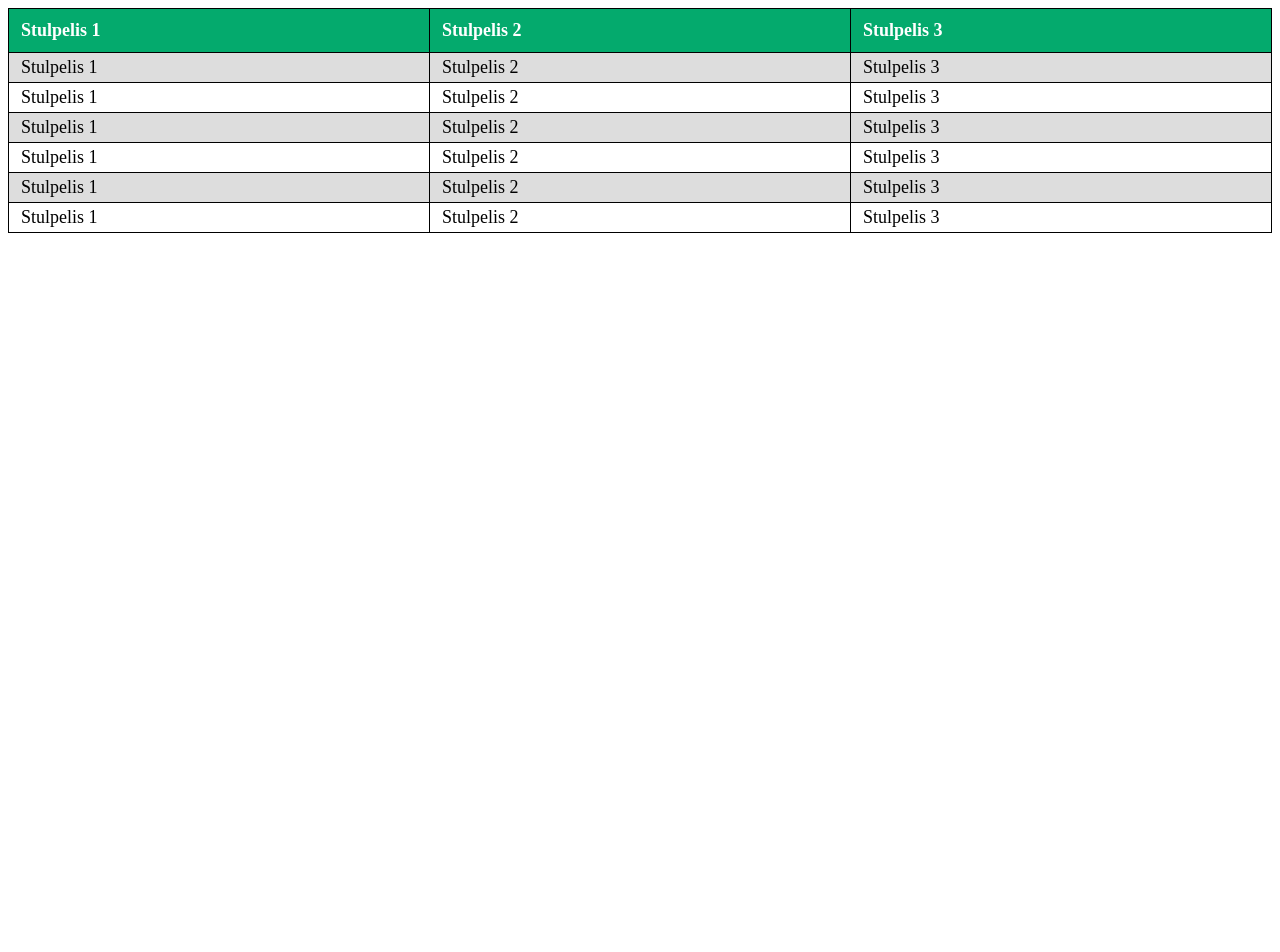
Repository: motiejus1/10-paskaita-05.31
Page: index.html
An editor plug-in stored every save of this project. The page is shown before and after a run of saves, followed by the edit.
The browser window is 1280 px wide. The pictures show the part of the page from y = 0 to 952 px (the page is 3241 px tall).
Backgrounds fixed to the window are drawn as part of the page.

Above is the page before, as saved 2021-06-16 20:04:09.

### index.html
<!DOCTYPE html>
<html lang="en">
<head>
    <meta charset="UTF-8">
    <meta http-equiv="X-UA-Compatible" content="IE=edge">
    <meta name="viewport" content="width=device-width, initial-scale=1.0">
    <title>10 paskaita</title>

    <style>
        html {
            font-size: 18px;
        }

        .container {
            width: 100%;
            height: 1800px;
        }


        /* Fono spalvos */

        .fonas-spalva {
            background-color: green;
            opacity: 0.7;
        }

        .fonas {
            background-color: #657AD3;
            opacity: 0.7;
        }

        .fonas-rgb {
            background-color:rgb(101, 122, 211);
            opacity: 0.7;
        }

        .fonas-rgba {
            background-color:rgba(101, 122, 211, 0.7);
        }

        /* Paveiksliukas kaip fonas */
        .paveiksliukas {
            height: 100%;
            background-image: url("https://images.unsplash.com/photo-1593642531955-b62e17bdaa9c?ixid=MnwxMjA3fDF8MHxwaG90by1wYWdlfHx8fGVufDB8fHx8&ixlib=rb-1.2.1&auto=format&fit=crop&w=750&q=80");
            background-color:grey;
            background-repeat: no-repeat;
            opacity: 0.7;
            background-attachment: fixed;
            /* background-position: 5px 5px; */
            /* background-position: center center; */
            /* background-size: 100% 100%; */
            /* background-size: contain; background-size: 100% */
            /* background-size: cover; */


        }

        table {
            border: 1px solid black;
            margin-bottom: 1200px;
            width: 100%;
            border-collapse: collapse;
        }


        td, th {
            border: 1px solid black;
            padding-left: 12px;
        }

        th {
            text-align: left;
            padding-top: 11px;
            padding-bottom: 11px;
            background-color: #04AA6D;
            color:white;
            font-size: 1rem;
        }

        td {
            padding-top: 4px;
            padding-bottom: 4px;
        }

        tr:nth-child(even) {
            background-color: #ddd;
        }

        tr:hover {
            background-color: #ddd;
        }
    </style>
</head>
<body>

    <table>
        <tr>
            <th>Stulpelis 1</th>
            <th>Stulpelis 2</th>
            <th>Stulpelis 3</th>
        </tr>
        <tr>
            <td>Stulpelis 1</td>
            <td>Stulpelis 2</td>
            <td>Stulpelis 3</td>
        </tr>
        <tr>
            <td>Stulpelis 1</td>
            <td>Stulpelis 2</td>
            <td>Stulpelis 3</td>
        </tr>
        <tr>
            <td>Stulpelis 1</td>
            <td>Stulpelis 2</td>
            <td>Stulpelis 3</td>
        </tr>
        <tr>
            <td>Stulpelis 1</td>
            <td>Stulpelis 2</td>
            <td>Stulpelis 3</td>
        </tr>
        <tr>
            <td>Stulpelis 1</td>
            <td>Stulpelis 2</td>
            <td>Stulpelis 3</td>
        </tr>
        <tr>
            <td>Stulpelis 1</td>
            <td>Stulpelis 2</td>
            <td>Stulpelis 3</td>
        </tr>
    </table>

    <div class="container fonas-rgba">
        <div class="paveiksliukas">
            Tekstas
        </div>
    </div>
</body>
</html>

After the next 2 saves:
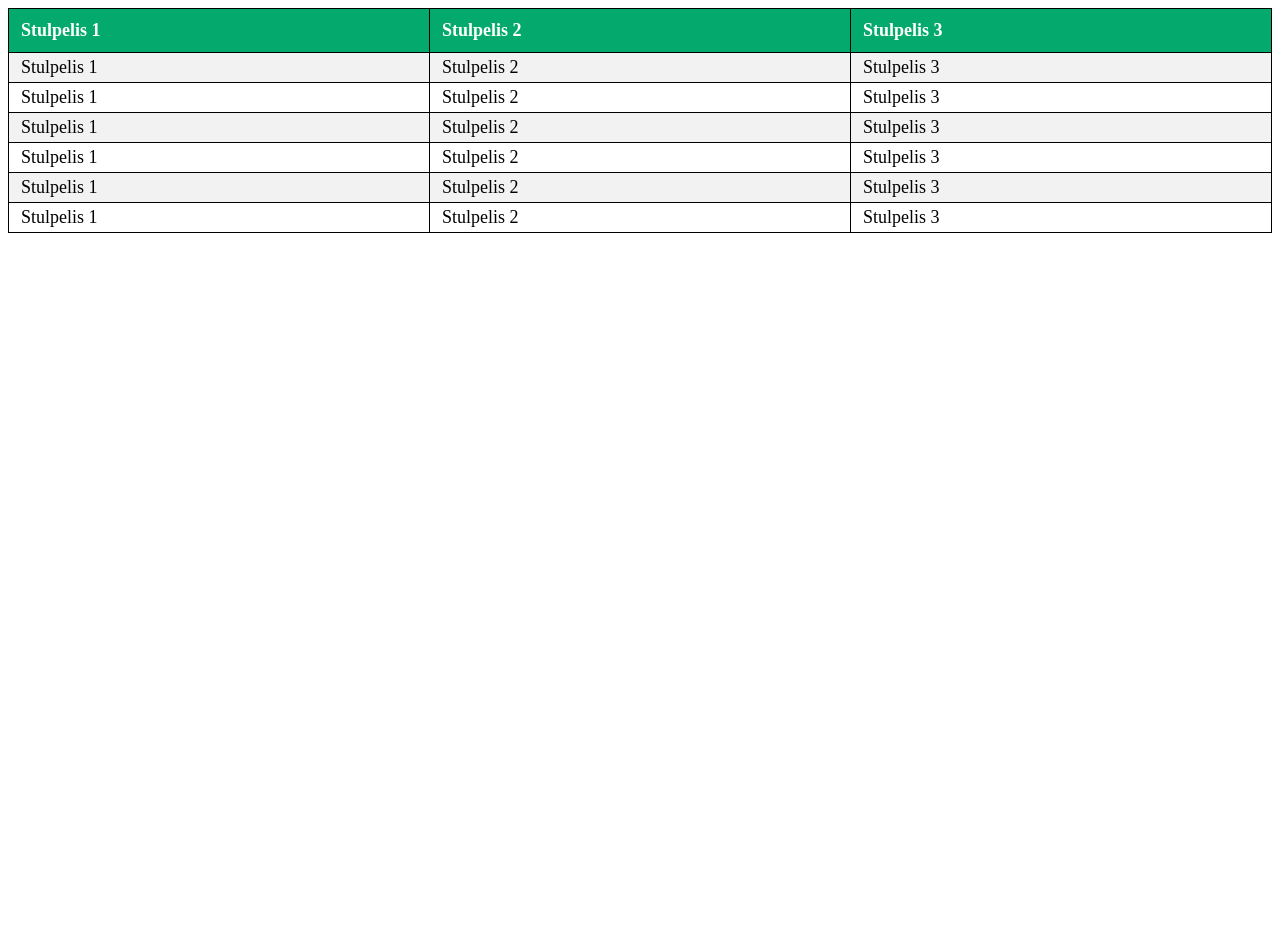
The 2 saves are shown as one change because they came seconds apart.
The last was saved 16 s later.
--- a/index.html
+++ b/index.html
@@ -83,7 +83,7 @@
         }
 
         tr:nth-child(even) {
-            background-color: #ddd;
+            background-color: #f2f2f2;
         }
 
         tr:hover {
